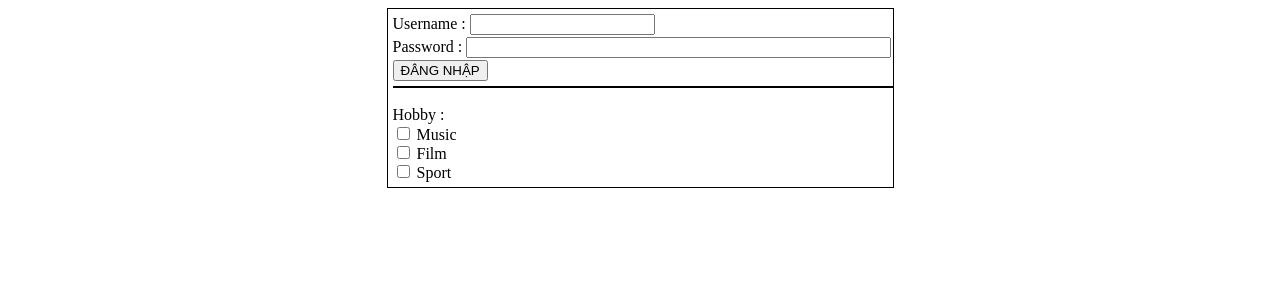
Repository: Tan-Khang21/TH_TKW--Buoi_04
Page: Bai_Tap_Mau/Bai_02/Bai_02.html
The author's editor kept a copy of each file at every save. The page is drawn from the files as they stood at one save, then again after the next save.
The browser window is 1280 px wide. The pictures show the whole page.

Above is the page before, as saved 2024-03-05 22:06:36.

### Bai_Tap_Mau/Bai_02/Bai_02.html
<!DOCTYPE html>
<html lang="en">
  <head>
    <meta charset="UTF-8" />
    <meta name="viewport" content="width=device-width, initial-scale=1.0" />
    <title>Document</title>
  </head>
  <body>
    <form
      style="
        width: 500px;
        margin: 0 auto;
        border: 1px solid black;
        padding: 5px;
        padding-right: 0;
      "
    >
      <span>Username :</span>
      <input type="text" />
      <br />
      <span>Password :</span>
      <input style="margin-top: 2px" type="password" size="50" />
      <br />
      <input
        style="margin-top: 2px"
        type="submit"
        value="ĐÂNG NHẬP"
        style="padding: 0 5px"
      />
      <div
        style="border-bottom: 2px solid black; width: 100%; margin-top: 5px"
      ></div>
      <br />
      <span>Hobby :</span>
      <div style="display: flex; flex-direction: column">
        <div><input type="checkbox" /> Music</div>
        <div><input style="margin-top: 2px" type="checkbox" /> Film</div>
        <div><input style="margin-top: 2px" type="checkbox" /> Sport</div>
      </div>
    </form>
  </body>
</html>

After the next save:
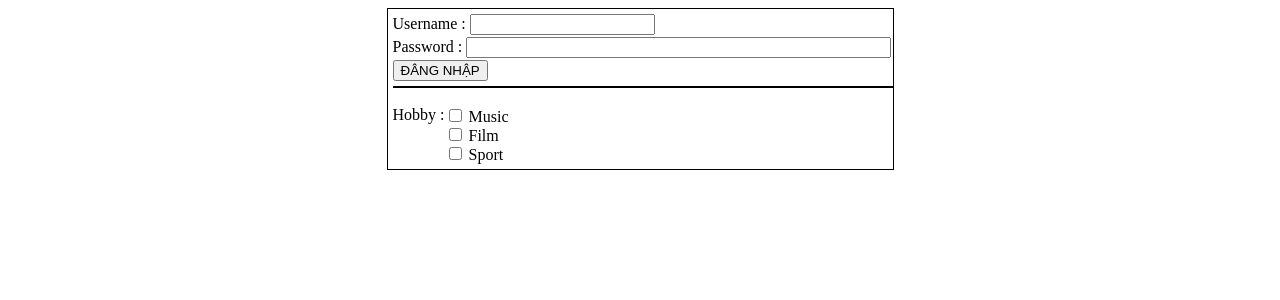
Saved 37 s later.
--- a/Bai_Tap_Mau/Bai_02/Bai_02.html
+++ b/Bai_Tap_Mau/Bai_02/Bai_02.html
@@ -31,11 +31,13 @@
         style="border-bottom: 2px solid black; width: 100%; margin-top: 5px"
       ></div>
       <br />
-      <span>Hobby :</span>
-      <div style="display: flex; flex-direction: column">
-        <div><input type="checkbox" /> Music</div>
-        <div><input style="margin-top: 2px" type="checkbox" /> Film</div>
-        <div><input style="margin-top: 2px" type="checkbox" /> Sport</div>
+      <div style="display: flex;">
+        <span>Hobby :</span>
+        <div style="display: flex; flex-direction: column">
+          <div><input type="checkbox" /> Music</div>
+          <div><input style="margin-top: 2px" type="checkbox" /> Film</div>
+          <div><input style="margin-top: 2px" type="checkbox" /> Sport</div>
+        </div>
       </div>
     </form>
   </body>
